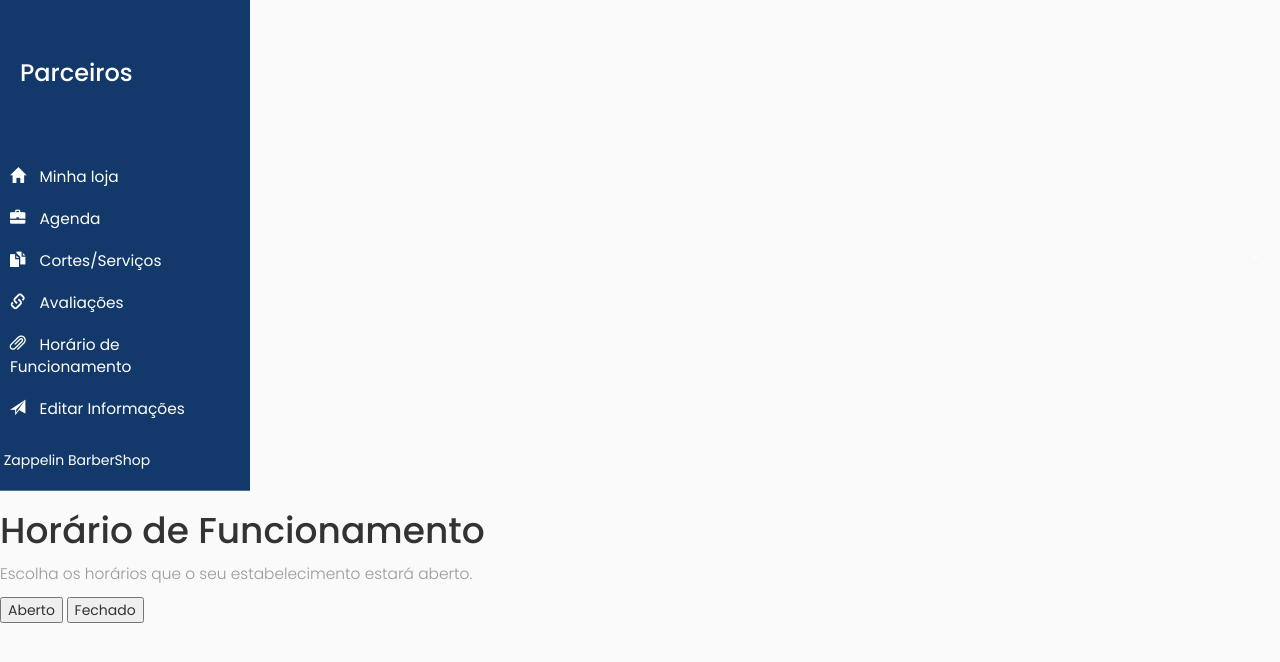
Repository: aquilesascar/barberconnect
Page: http://localhost/horario.php
An editor plug-in stored every save of this project. The page is shown before and after the next save, followed by the edit.
The browser window is 1280 px wide. The pictures show the whole page.
The page is run by PHP 8.4 with error messages shown; the project is at /var/www/html/.

Above is the page before, as saved 2023-10-09 13:26:03.

After the next save:
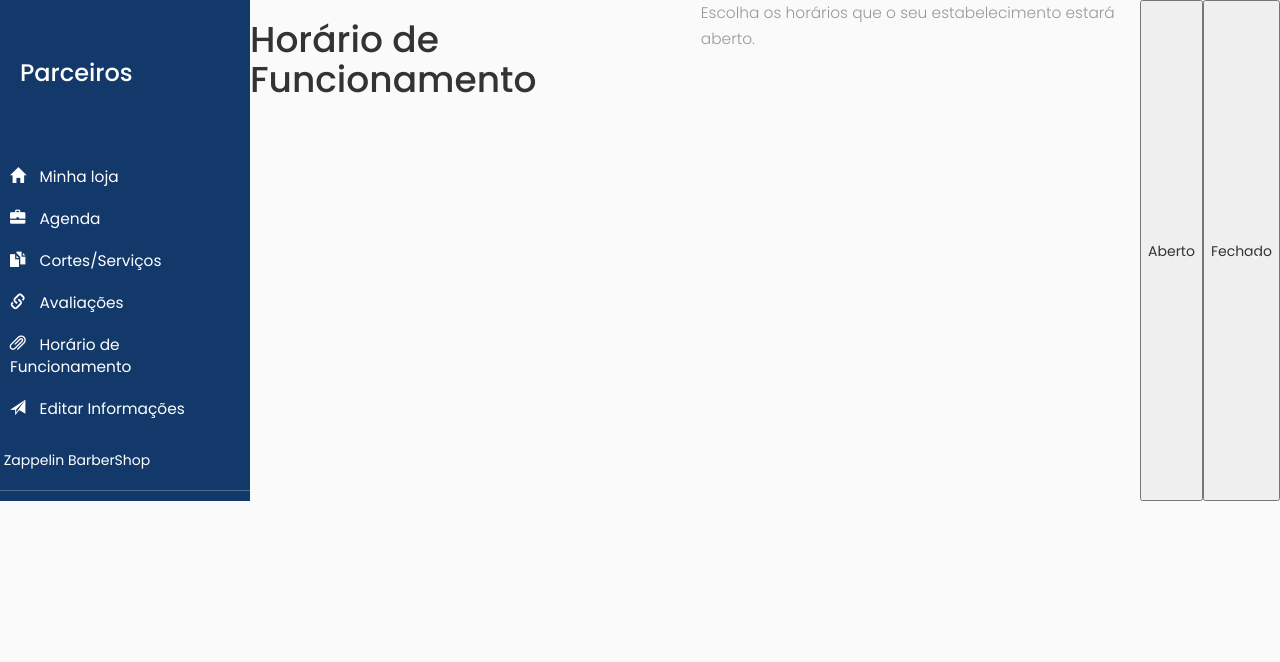
Saved 15 s later.
--- a/horario.php
+++ b/horario.php
@@ -13,6 +13,7 @@
 
 </head>
 <body>
+<div class="wrapper">
     <?php
             //INCLUSÃO DO MENU
             include_once('menu.php');
